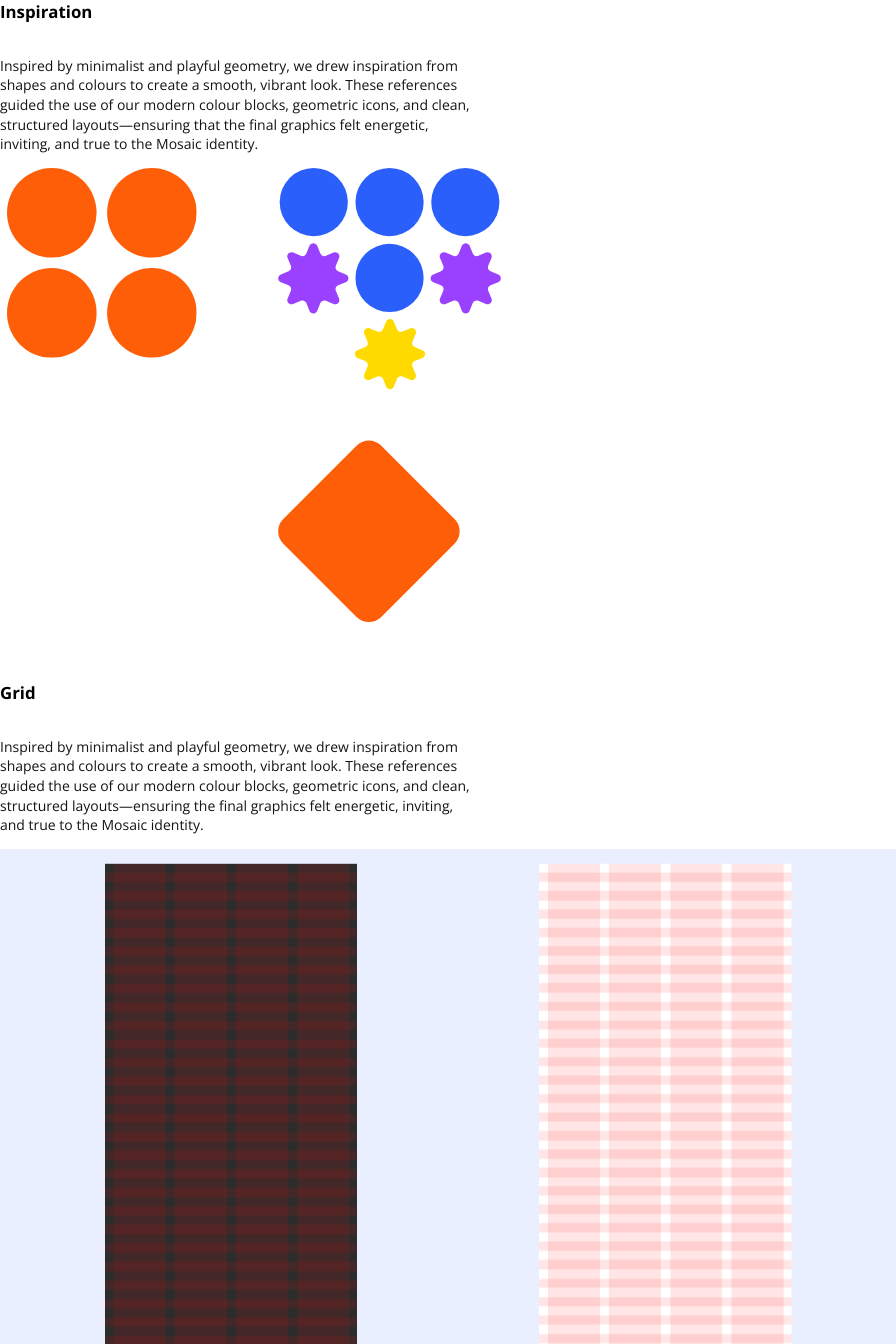
Repository: brunaguarizo/MDIA2109_Mosaic
Page: graphics.html
An editor plug-in stored every save of this project. The page is shown before and after the next save, followed by the edit.
The browser window is 1280 px wide. The pictures show the part of the page from y = 930 to 2850 px (the page is 3209 px tall before and 2876 px after), at 70% of full size.
Some web fonts or font styles are not loaded; a fallback is used.

Above is the page before, as saved 2025-04-07 19:36:35.

### graphics.html
<!DOCTYPE html>
<html lang="en">
<head>
    <meta charset="UTF-8">
    <meta name="viewport" content="width=device-width, initial-scale=1.0">
    <title>Mosaic - Styleguide</title>

    <link rel="stylesheet" href="CSS/styles.css">
    <link rel="stylesheet" href="CSS/variables.css">
    <link rel="stylesheet" href="CSS/graphics.css">

    <link rel="icon" href="img/mosaic-favicon.svg" type="image/svg+xml">

    <link rel="preconnect" href="https://fonts.googleapis.com">
    <link rel="preconnect" href="https://fonts.gstatic.com" crossorigin>
    <link href="https://fonts.googleapis.com/css2?family=Archivo+Black&family=Boldonse&family=Changa+One:ital@0;1&family=Erica+One&family=Open+Sans:ital,wght@0,300..800;1,300..800&display=swap" rel="stylesheet">

</head>
<body>
    <div class="nav-bar">

        <a href="index.html">
            <img class="logo" src="img/Logo-Horizontal.svg" alt="Mosaic - Horizontal Logo - Negative" />
        </a>

        <div class="menu">
            <a class="menu-item menu-text" href="index.html">Overview</a>
            <a class="menu-item menu-text" href="logo.html">Logo and Symbol</a>
            <a class="menu-item menu-text" href="type.html">Typography</a>
            <a class="menu-item menu-text" href="color.html">Color</a>
            <a class="menu-item menu-text" href="icon.html">Iconography</a>
            <a class="menu-item menu-text" href="image.html">Imagery</a>
            <a class="menu-item menu-text" href="graphics.html">Graphics</a>
            <a class="menu-item menu-text" href="references.html">References</a>
        </div>
    </div>


    <main class="Container">
        <header class="banner-hero">
            <h2 class="title-section">Graphics</h2>
            <div class="image-hero">
                <img src="img/graphics/Graphics Display.svg" alt="Mosaic - Graphic">
            </div>
            <div class="text">
                <p class="body-text">Mosaic, at its core, captures the energy of designers, developers, and marketers - each shape displays a vital piece in bringing ideas and solutions together. To represent this, our graphics revolve around bold geometric elements that mirror this energy; uniting them into a cohesive, inspiring whole.</p>
            </div>
            <div>
        </header>
        <section class="graphics-block">
            <div class="content-block__Graphics">
                <h2 class="content-block-Graphics_Header">Inspiration</h2>
                 <p class="text body-text">Inspired by minimalist and playful geometry, we drew inspiration from shapes and colours to create a smooth, vibrant look. These references guided the use of our modern colour blocks, geometric icons, and clean, structured layouts—ensuring that the final graphics felt energetic, inviting, and true to the Mosaic identity.</p>
            </div>
            <div class="three-column">
                <div class="graphic-item_Circles">
                    <img src="img/graphics/Circles.svg">
                </div>
                <div class="graphic-item_Miscalenous">
                    <img src="img/graphics/Miscalenous.svg">
                </div>
                <div class="graphic-item_Diamonds">
                    <img src="img/graphics/Diamonds.svg">
                </div>


            </div>
            <div class="content-block__Grids">
                <h2 class="content-block-Grids_Header">Grid</h2>
                 <p class="text body-text">Inspired by minimalist and playful geometry, we drew inspiration from shapes and colours to create a smooth, vibrant look. These references guided the use of our modern colour blocks, geometric icons, and clean, structured layouts—ensuring the final graphics felt energetic, inviting, and true to the Mosaic identity.</p>
            </div>
            <div class="Grid_Representation">
                <div class="grid-image">
                    <img src="img/graphics/Grid 1.svg">
                </div>
                <div class="grid-image">
                    <img src="img/graphics/Grid 2.svg">
                </div>



            </div>

        </section>


        <div class="button-row">
            <a class="button-content" href="color.html">
                <img src="img/arrow-left.svg" alt="Arrow left">
                <p class="button">Color</p>
            </a>
            <a class="button-content" href="references.html">
                <p class="button">References</p>
                <img src="img/arrow-right.svg" alt="Arrow Right">
            </a>
        </div>

    </main>

    <footer class="footer">
        <div class="two-column">
            <a href="index.html" >
                <img class="logo" src="img/Logo-Horizontal.svg" alt="Mosaic - Horizontal Logo - Negative" />
            </a>
            <p class="footer-text">© 2025 Mosaic. All rights reserved.</p>
        </div>
    </footer>

</body>

### CSS/styles.css
/* ------------------------------------------------------ GENERAL STYLES ------------------------------------------------------ */
html, body {
    width: 100%;
    margin: 0;
    padding: 0;
    font-family: var(--font-family);
    box-sizing: border-box;
    height: 100%;
}

*, *::before, *::after {
    box-sizing: inherit;
}

html {
    display: flex;
    flex-direction: column;
    align-items: center;
    gap: var(--space-extra-large);
}

.container {
    display: grid;
    grid-template-columns: 1fr;
    gap: var(--space-large);
    margin: var(--space-large) auto var(--space-large) auto;
    max-width: 1512px;
    width: 100%;
}

.two-column {
    display: grid;
    grid-template-columns: 1fr 1fr;
    gap: var(--space-large);
    width: 100%;
}

.three-column {
    display: grid;
    grid-template-columns: 1fr 1fr 1fr;
    gap: var(--space-large);
}


.header-xxlarge {
    color: var(--black);
    font-size: var(--header-xxlarge-size);
    font-weight: var(--font-weight-700);
    line-height: var(--line-height-xxlarge);
    margin-bottom: var(--space-medium);
}

.title-section {
    color: var(--black);
    font-size: var(--title-section-font-size);
    font-weight: var(--font-weight-600);
    line-height: var(--line-height-large);
    margin-bottom: var(--space-regular);
    text-decoration: none;
}

.body-text {
    color: var(--black);
    font-size: var(--body-text-font-size);
    font-weight: var(--font-weight-400);
    line-height: var(--line-height-medium);
    margin-top: 0;
}

.menu-text {
    color: var(--white);
    font-size: var(--menu-font-size);
    font-weight: var(--font-weight-400);
    line-height: var(--line-height-small);
    text-decoration: none;
}

.menu-text-hover {
    font-weight: var(--menu-text-hover-font-weight);
}

.label {
    color: var(--black);
    font-size: var(--label-font-size);
    font-weight: var(--font-weight-400);
    line-height: var(--line-height-small);
}

.button {
    color: var(--white);
    text-align: center;
    font-size: var(--button-font-size);
    font-weight: var(--font-weight-600);
    line-height: var(--line-height-medium);
    text-decoration: none;
}

/* ----- NAV BAR ----- */
.nav-bar {
    display: flex;
    width: 100%;
    height: 80px;
    padding: 0 var(--space-large);
    justify-content: space-between;
    align-items: center;
    background-color: var(--blue-primary);
    position: fixed;
    top: 0;
    left: 0;
    right: 0;
    z-index: 1000;
}

.menu {
    display: flex;
    align-items: center;
    gap: var(--space-large);
}

/* ----- BUTTONS ----- */
.button-row {
    display: grid;
    grid-template-columns: repeat(2, 1fr);
    gap: var(--space-large);
    margin: var(--space-large) auto;
    width: 100%;
}

.button-content {
    width: 100%;
    max-width: none;
    height: var(--space-large);
    gap: 48px;
    border-radius: 8px;
    display: flex;
    justify-content: space-between;
    align-items: center;
    padding: var(--space-medium);
    background-color: var(--blue-primary);
    border: none;
    box-sizing: border-box;
    margin: 0;
    transition: all 0.3s ease;
    text-decoration: none;
}

.button-content:hover {
    background-color: var(--blue-900);
    transform: scale(1.1);
}

.button-content img {
    width: 20px;
    height: 20px;
}

.button-content p {
    color: var(--white);
    font-size: var(--menu-font-size);
}

/* ----- FOOTER ----- */
.footer {
    display: flex;
    width: 100%;
    height: 80px;
    padding: 0 var(--space-large);
    justify-content: space-between;
    align-items: center;
    background-color: var(--blue-900);
}

.footer .two-column {
    display: flex;
    justify-content: space-between;
    width: 100%;
    align-items: center;
}

.footer-text {
    color: var(--white);
    text-align: right;
    margin-left: auto;
}

### CSS/variables.css
/* ------------------------------------------------------ VARIABLES ------------------------------------------------------ */
:root {
    /* ----- COLORS ----- */
    --blue-primary: rgb(43,95,252);
    --blue-50: rgb(234, 239, 255);
    --blue-900: rgb(18, 40, 106);
    --white: #FFFFFF;
    --black: rgb(20, 20, 20);
    --grey-400: rgb(67, 67, 67);
    --yellow-secondary: rgb(255, 218, 1);
    --orange-secondary: rgb(255, 94, 9);
    --green-secondary: rgb(0, 193, 79);
    --purple-secondary: rgb(154, 65, 255);

    /* ----- TYPE ----- */
    --font-family: "Open Sans", sans-serif;
    --header-xxlarge-size: 88px;
    --title-section-font-size: 30px;
    --button-font-size: 24px;
    --body-text-font-size: 20px;
    --menu-font-size: 16px;
    --label-font-size: 16px;
    --font-style-normal: normal;
    --font-weight-700: 700;
    --font-weight-600: 600;
    --font-weight-400: 400;
    --menu-text-hover-font-weight: 700;
    --line-height-xxlarge: 100px;
    --line-height-large: 36px;
    --line-height-medium: 28px;
    --line-height-small: 20px;

    /* ----- SPACING ----- */
    --space-small: 8px;
    --space-regular: 16px;
    --space-medium: 32px;
    --space-large: 48px;
    --space-extra-large: 140px;
}

### CSS/graphics.css
/* ----- BANNER HERO ----- */
.banner-hero {
    display: flex;
    width: 100%;
    max-width: 1512px;
    height: fit-content;
    padding: var(--space-large);
    flex-direction: column;
    align-items: flex-start;
    background: var(--blue-50);
    margin: 0 auto;
    overflow: hidden;
    padding-top: var(--space-extra-large);
}

.image-hero {
    display: flex;
    flex-direction: row;
    align-items: center;
    margin: 0;
}

.text {
    max-width: 686px;
    margin-top: var(--space-large);
}
/* GRAPHICS */
.Graphics_Representation{
    display: grid;
    grid-template-columns: 1fr 1fr 1fr;
    grid-template-rows: 1fr;
}
.graphic-item_Circles{
    grid-column: 1/2;
    width: 100%;
}
.graphic-item_Diamonds{
    grid-column: 2/3;
    width: 100%;
}
.graphic-item_Miscelanous{
    grid-column: 3/4;
    width: 100%;
}

/* Grid */

.Grid_Representation{

    display: grid;
    grid-template-columns: 1fr 1fr;
    grid-template-rows: 1fr;
    background-color: var(--blue-50);;
    padding: 20px;
    border: 10px;
    width: 100%;

}

.grid-image{
    display: flex;
    justify-content: center;
}

.graphics-block{
    display: flex;
    width: 100%;
    max-width: 1512px;
    height: fit-content;
    flex-direction: column;
    align-items: flex-start;
    margin: 0 auto;

}

.content-block-Grids_Header,.content-block__Graphics{
    padding-top: var(--space-large);
}

After the next save:
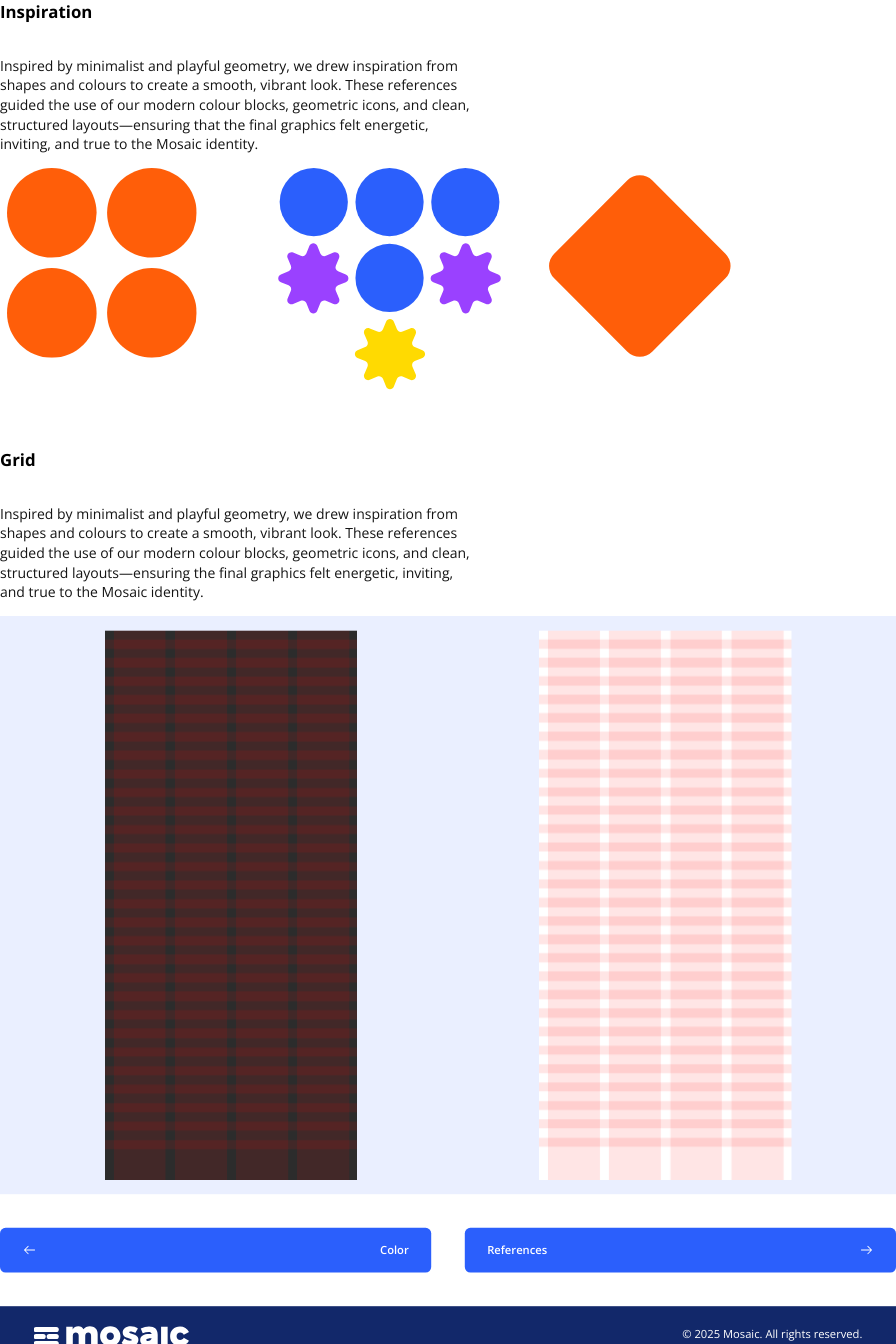
Saved 24 s later.
--- a/graphics.html
+++ b/graphics.html
@@ -53,13 +53,13 @@
                  <p class="text body-text">Inspired by minimalist and playful geometry, we drew inspiration from shapes and colours to create a smooth, vibrant look. These references guided the use of our modern colour blocks, geometric icons, and clean, structured layouts—ensuring that the final graphics felt energetic, inviting, and true to the Mosaic identity.</p>
             </div>
             <div class="three-column">
-                <div class="graphic-item_Circles">
+                <div class="">
                     <img src="img/graphics/Circles.svg">
                 </div>
-                <div class="graphic-item_Miscalenous">
+                <div class="">
                     <img src="img/graphics/Miscalenous.svg">
                 </div>
-                <div class="graphic-item_Diamonds">
+                <div class="">
                     <img src="img/graphics/Diamonds.svg">
                 </div>
 
